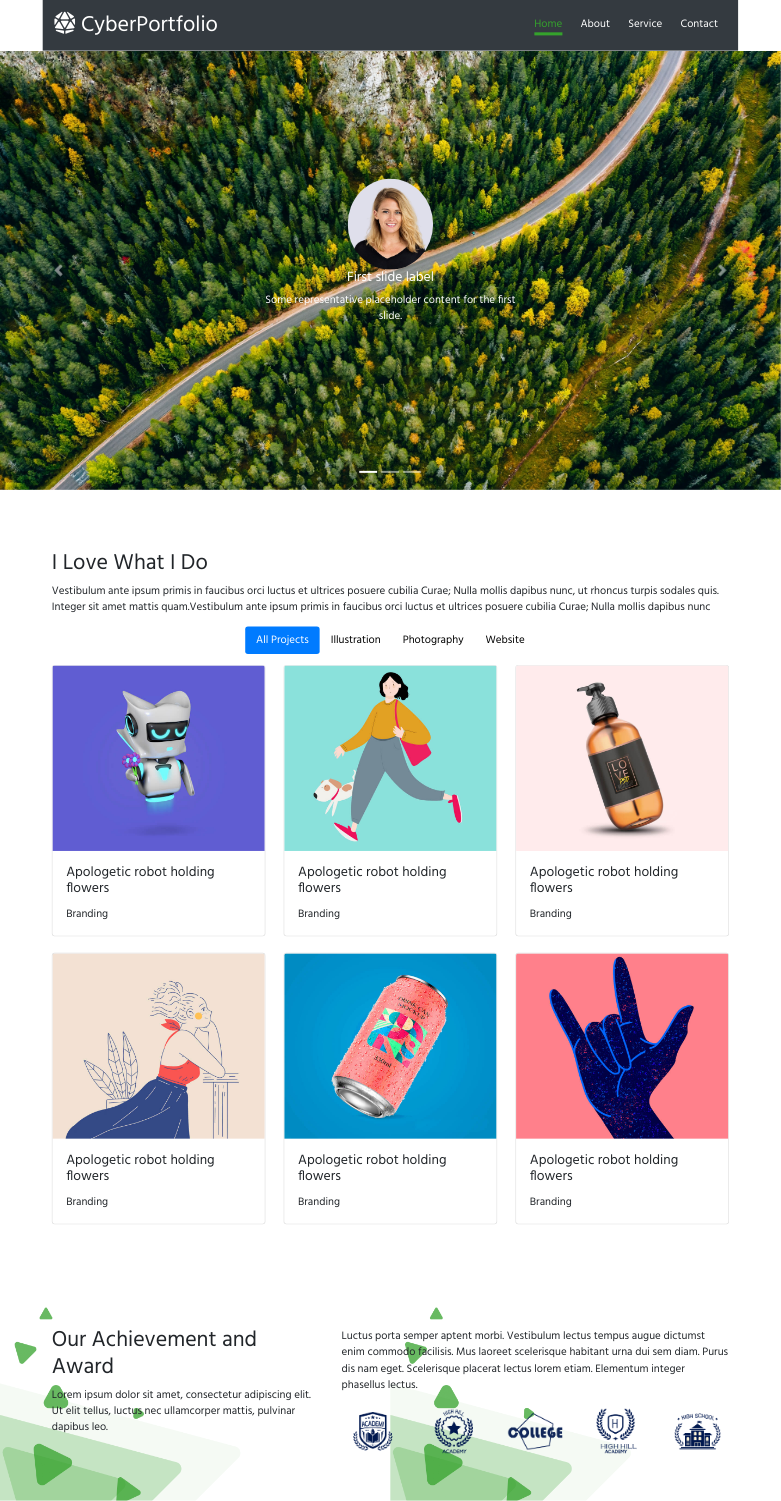
Repository: thanhfrankie/portfolio
Page: index.html
The author's editor kept a copy of each file at every save. The page is drawn from the files as they stood at one save, then again after a run of saves.
The browser window is 1280 px wide. The pictures show the whole page, at 61% of full size.

Above is the page before, as saved 2023-11-30 10:44:54.

### index.html
<!DOCTYPE html>
<html lang="en">
  <head>
    <meta charset="UTF-8" />
    <meta name="viewport" content="width=device-width, initial-scale=1.0" />
    <title>Portfolio</title>
    <!-- Font Hind-->
    <link rel="preconnect" href="https://fonts.googleapis.com" />
    <link rel="preconnect" href="https://fonts.gstatic.com" crossorigin />
    <link
      href="https://fonts.googleapis.com/css2?family=Hind:wght@300;400;700&display=swap"
      rel="stylesheet"
    />
    <!-- Font AWESOME -->
    <link rel="stylesheet" href="https://cdnjs.cloudflare.com/ajax/libs/font-awesome/6.4.2/css/all.min.css" integrity="sha512-z3gLpd7yknf1YoNbCzqRKc4qyor8gaKU1qmn+CShxbuBusANI9QpRohGBreCFkKxLhei6S9CQXFEbbKuqLg0DA==" crossorigin="anonymous" referrerpolicy="no-referrer" />
    <!-- BS4 CSS -->
    <link rel="stylesheet" href="https://cdn.jsdelivr.net/npm/bootstrap@4.6.2/dist/css/bootstrap.min.css" integrity="sha384-xOolHFLEh07PJGoPkLv1IbcEPTNtaed2xpHsD9ESMhqIYd0nLMwNLD69Npy4HI+N" crossorigin="anonymous">

    <!-- Main CSS -->
    <link rel="stylesheet" href="./css/style.css" />
  </head>
  <body>
<header>
    <nav class="container navbar navbar-expand-lg navbar-dark bg-dark">
        <a class="navbar-brand" href="#">
            <i class="fa-solid fa-dice-d20"></i>
           <span>
            CyberPortfolio
           </span>
        </a>
        <!-- hỗ trợ menu màn hình mobile -->
        <button class="navbar-toggler" type="button" data-toggle="collapse" data-target="#portfolioNav" aria-controls="navbarSupportedContent" aria-expanded="false" aria-label="Toggle navigation">
          <span class="navbar-toggler-icon"></span>
        </button>

        <div class="collapse navbar-collapse" id="portfolioNav">
          <ul class="navbar-nav ml-auto">
            <li class="nav-item active">
              <a class="nav-link" href="#">Home</a>
            </li>
            <li class="nav-item">
              <a class="nav-link" href="#">About</a>
            </li>
            <li class="nav-item">
              <a class="nav-link" href="#">Service</a>
            </li>
            <li class="nav-item">
              <a class="nav-link" href="#">Contact</a>
            </li>
          </ul>
        </div>
      </nav>
</header>
<section class="carouselPort">
    <!-- data-ride="carousel -->
    <!-- .carousel-fade: hiệu ứng fade -->
    <div id="carouselPortMain" class="carousel slide .carousel-fade">
        <ol class="carousel-indicators">
          <li data-target="#carouselPortMain" data-slide-to="0" class="active"></li>
          <li data-target="#carouselPortMain" data-slide-to="1"></li>
          <li data-target="#carouselPortMain" data-slide-to="2"></li>
        </ol>
        <div class="carousel-inner">
          <div class="carousel-item active">
            <img src="./img/finland.jpg" class="d-block w-100" alt="...">
            <div class="carousel-caption d-none d-md-block">
                <img src="./img/01-3.jpg" alt="">
              <h5>First slide label</h5>
              <p>Some representative placeholder content for the first slide.</p>
            </div>
          </div>
          <div class="carousel-item">
            <img src="./img/mountains.jpg" class="d-block w-100" alt="...">
            <div class="carousel-caption d-none d-md-block">
                <img src="./img/02-3.jpg" alt="">
              <h5>Second slide label</h5>
              <p>Some representative placeholder content for the second slide.</p>
            </div>
          </div>
          <div class="carousel-item">
            <img src="./img/mountains-1.jpg" class="d-block w-100" alt="...">
            <div class="carousel-caption d-none d-md-block">
                <img src="./img/03-3.jpg" alt="">
              <h5>Third slide label</h5>
              <p>Some representative placeholder content for the third slide.</p>
            </div>
          </div>
        </div>
        <button class="carousel-control-prev" type="button" data-target="#carouselPortMain" data-slide="prev">
          <span class="carousel-control-prev-icon" aria-hidden="true"></span>
          <span class="sr-only">Previous</span>
        </button>
        <button class="carousel-control-next" type="button" data-target="#carouselPortMain" data-slide="next">
          <span class="carousel-control-next-icon" aria-hidden="true"></span>
          <span class="sr-only">Next</span>
        </button>
      </div>
</section>



<section class="projects">
      <div class="container">
        <div class="projects__title">
          <h2>I Love What I Do</h2>
          <p>Vestibulum ante ipsum primis in faucibus orci luctus et ultrices posuere cubilia Curae; Nulla mollis dapibus nunc, ut rhoncus turpis sodales quis. Integer sit amet mattis quam.Vestibulum ante ipsum primis in faucibus orci luctus et ultrices posuere cubilia Curae; Nulla mollis dapibus nunc</p>
        </div>
        <div class="projects__content">
          <ul class="nav nav-pills mb-3 justify-content-center" id="pills-tab" role="tablist">
            <li class="nav-item" role="presentation">
              <button class="nav-link active" id="pills-home-tab" data-toggle="pill" data-target="#all" type="button" role="tab" aria-controls="pills-home" aria-selected="true">All Projects</button>
            </li>
            <li class="nav-item" role="presentation">
              <button class="nav-link" id="pills-profile-tab" data-toggle="pill" data-target="#ilu" type="button" role="tab" aria-controls="pills-profile" aria-selected="false">Illustration</button>
            </li>
            <li class="nav-item" role="presentation">
              <button class="nav-link" id="pills-contact-tab" data-toggle="pill" data-target="#photo" type="button" role="tab" aria-controls="pills-contact" aria-selected="false">Photography</button>
            </li>
            <li class="nav-item" role="presentation">
              <button class="nav-link" id="pills-contact-tab" data-toggle="pill" data-target="#web" type="button" role="tab" aria-controls="pills-contact" aria-selected="false">Website</button>
            </li>
          </ul>
          <div class="tab-content" id="pills-tabContent">
            <div class="tab-pane fade show active" id="all" role="tabpanel" aria-labelledby="pills-home-tab">
             <!--? grid system
              12 =100%
              4= 12 / 3 => 100% / 3 => 33,33%
              tổng chỉ số trên hàng = 12
            -->
             <div class="row">
              <!-- 1 hàng tối đa 100% -->
              <div class="col-4">
                <div class="card">
                  <img src="./img/g1.jpg" class="card-img-top" alt="...">
                  <div class="card-body">
                    <h5 class="card-title">Apologetic robot holding flowers</h5>
                    <p class="card-text">Branding</p>
                  </div>
                </div>
              </div>
              <div class="col-4">
                <div class="card">
                  <img src="./img/g2.jpg" class="card-img-top" alt="...">
                  <div class="card-body">
                    <h5 class="card-title">Apologetic robot holding flowers</h5>
                    <p class="card-text">Branding</p>
                  </div>
                </div>

              </div>
              <div class="col-4">

                <div class="card">
                  <img src="./img/g3.jpg" class="card-img-top" alt="...">
                  <div class="card-body">
                    <h5 class="card-title">Apologetic robot holding flowers</h5>
                    <p class="card-text">Branding</p>
                  </div>
                </div>
              </div>

              <!-- cột dư sẽ được đẩy xuống hàng 2 -->
              <div class="col-4 mt-4">
                <div class="card">
                  <img src="./img/g4.jpg" class="card-img-top" alt="...">
                  <div class="card-body">
                    <h5 class="card-title">Apologetic robot holding flowers</h5>
                    <p class="card-text">Branding</p>
                  </div>
                </div>
              </div>
              <div class="col-4 mt-4">
                <div class="card">
                  <img src="./img/g5.jpg" class="card-img-top" alt="...">
                  <div class="card-body">
                    <h5 class="card-title">Apologetic robot holding flowers</h5>
                    <p class="card-text">Branding</p>
                  </div>
                </div>

              </div>
              <div class="col-4 mt-4">

                <div class="card">
                  <img src="./img/g6.jpg" class="card-img-top" alt="...">
                  <div class="card-body">
                    <h5 class="card-title">Apologetic robot holding flowers</h5>
                    <p class="card-text">Branding</p>
                  </div>
                </div>
              </div>
             </div>
             <!--! Cách 1: -->
             <!-- <div class="row">
              <div class="col-4">
                <div class="card">
                  <img src="./img/g1.jpg" class="card-img-top" alt="...">
                  <div class="card-body">
                    <h5 class="card-title">Apologetic robot holding flowers</h5>
                    <p class="card-text">Branding</p>
                  </div>
                </div>
              </div>
              <div class="col-4">
                <div class="card">
                  <img src="./img/g2.jpg" class="card-img-top" alt="...">
                  <div class="card-body">
                    <h5 class="card-title">Apologetic robot holding flowers</h5>
                    <p class="card-text">Branding</p>
                  </div>
                </div>

              </div>
              <div class="col-4">

                <div class="card">
                  <img src="./img/g3.jpg" class="card-img-top" alt="...">
                  <div class="card-body">
                    <h5 class="card-title">Apologetic robot holding flowers</h5>
                    <p class="card-text">Branding</p>
                  </div>
                </div>
              </div>
             </div> -->


            </div>
            <div class="tab-pane fade" id="ilu" role="tabpanel" aria-labelledby="pills-profile-tab">Illustration</div>
            <div class="tab-pane fade" id="photo" role="tabpanel" aria-labelledby="pills-contact-tab">Photography</div>
            <div class="tab-pane fade" id="web" role="tabpanel" aria-labelledby="pills-contact-tab">Website</div>
          </div>
          </div>

        </div>
      </div>
</section>
<section class="services"></section>
<section class="awards">
  <div class="container">
    <!-- row lớn -->
    <div class="row">
      <div class="col-5">
        <div class="awards__left">
          <h2>Our Achievement and Award</h2>
          <p>Lorem ipsum dolor sit amet, consectetur adipiscing elit. Ut elit tellus, luctus nec ullamcorper mattis, pulvinar dapibus leo.</p>
        </div>
      </div>
      <div class="col-7">
        <div class="awards__right">
          <p>Luctus porta semper aptent morbi. Vestibulum lectus tempus augue dictumst enim commodo facilisis. Mus laoreet scelerisque habitant urna dui sem diam. Purus dis nam eget. Scelerisque placerat lectus lorem etiam. Elementum integer phasellus lectus.</p>
          <!-- row nhỏ
            5 col => 12 / 5 ko chia hết
            col ko có chỉ số (tự chia)
          Bootstrap tự đếm col => 100% / số lượng (5 col) => 20%
          -->
          <div class="row">
            <div class="col">
              <!-- chỉnh hình vừa thẻ chả => width: 100%
              img-fluid: responsive hình
              max-width: 100% => nếu hình lớn => chỉnh width vừa thẻ cha
              Ngược lại, hình nhỏ thì ko đổi kích thước
              -->
              <img class="img-fluid" src="./img/award-1.png" alt="">
            </div>
            <div class="col">
              <img class="img-fluid" src="./img/award-2.png" alt="">
            </div>
            <div class="col">
              <img class="img-fluid" src="./img/award-3.png" alt="">
            </div>
            <div class="col">
              <img class="img-fluid" src="./img/award-4.png" alt="">
            </div>
            <div class="col">
              <img class="img-fluid" src="./img/award-5.png" alt="">
            </div>
          </div>
        </div>
      </div>
    </div>
  </div>
</section>
<footer></footer>


<!-- JQUERY hỗ trợ -->
    <script src="https://cdn.jsdelivr.net/npm/jquery@3.5.1/dist/jquery.slim.min.js" integrity="sha384-DfXdz2htPH0lsSSs5nCTpuj/zy4C+OGpamoFVy38MVBnE+IbbVYUew+OrCXaRkfj" crossorigin="anonymous"></script>
    <!-- BS4 JS -->
<script src="https://cdn.jsdelivr.net/npm/bootstrap@4.6.2/dist/js/bootstrap.bundle.min.js" integrity="sha384-Fy6S3B9q64WdZWQUiU+q4/2Lc9npb8tCaSX9FK7E8HnRr0Jz8D6OP9dO5Vg3Q9ct" crossorigin="anonymous"></script>

  </body>
</html>

### css/style.css
/* Global */
*{
    margin: 0;
    padding: 0;
    box-sizing: border-box;
}
html, body {
    font-family: 'Hind', sans-serif;
    /*? rem: dựa vào font-size của thẻ html => hỗ trợ cho bảo trì trang web
    font-size, spacing(padding, margin)
    nếu ko khai báo thì font-size mặc định 1rem = 16px
    1rem = 18px
    */
    font-size: 18px;
}
/* Header */
header .navbar-brand {
    /* 1rem = 18px => 2rem = 36px*/
    font-size: 2rem;
}
#portfolioNav .nav-link {
    font-size: 1rem;
    padding: 0 0.833rem;
    /*! trước hover */
    color: white;
    transition: all .5s;
}
#portfolioNav .nav-link::after {
    content: "";
    display: block;
    /* trước hover */
    width: 0;
    height: 5px;

    background: #35a22c;
    transition: all .5s;
}
/*! sau hover */
#portfolioNav .nav-item:hover .nav-link::after {
    width: 100%;
}
#portfolioNav .nav-item:hover .nav-link {
    color: #35a22c;

}
/* Thẻ li có class active thì after của nó luôn xuất hiện */
/* #portfolioNav  li.active .nav-link::after{
    width: 100%;
} */
#portfolioNav  .active .nav-link::after{
    width: 100%;
}
#portfolioNav  .active .nav-link {
    color: #35a22c;

}
/* Carousel */
/* Gọi các thẻ img là con trực tiếp (cấp 1) của carousel-item */
#carouselPortMain .carousel-item >img {
    /* thường dùng ở Main carousel */
    height: 100vh;
    object-fit: cover;
}
#carouselPortMain .carousel-caption img {
    /* hình có dạng hình vuông thì chỉ cần xét width */
    width: 140px;
    border-radius: 50%;
}
/* chỉnh đường gạch indicators thì chuyển chữ nhật => hình vuông => tròn */

/*! căn giữa với position absolute cho mọi màn hình */
#carouselPortMain .carousel-caption {
    top: 50%;
    left: 50%;
    transform: translate(-50%, -50%);
}
/* PROJECTS */
.projects {
    padding: 100px 0;
}
/* Awards */
.awards {
    padding: 70px 0;
    background-image: url(../img/memphis_3.png);
    background-size: 50%;
    bgp
}

After the next 2 saves:
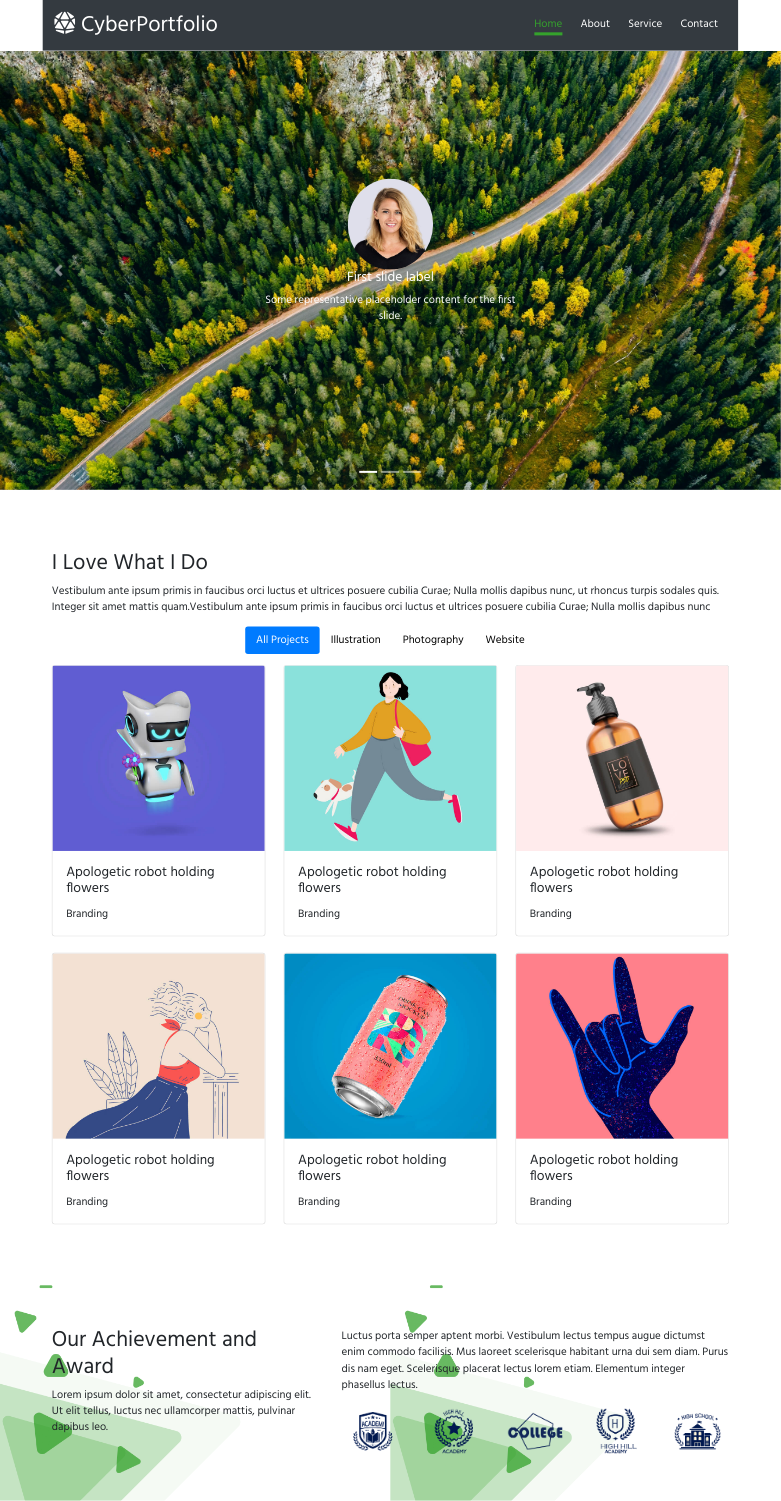
The 2 saves are shown as one change because they came seconds apart.
The last was saved 6 s later.
--- a/css/style.css
+++ b/css/style.css
@@ -83,5 +83,5 @@ header .navbar-brand {
     padding: 70px 0;
     background-image: url(../img/memphis_3.png);
     background-size: 50%;
-    bgp
+    background-position: left;
 }
